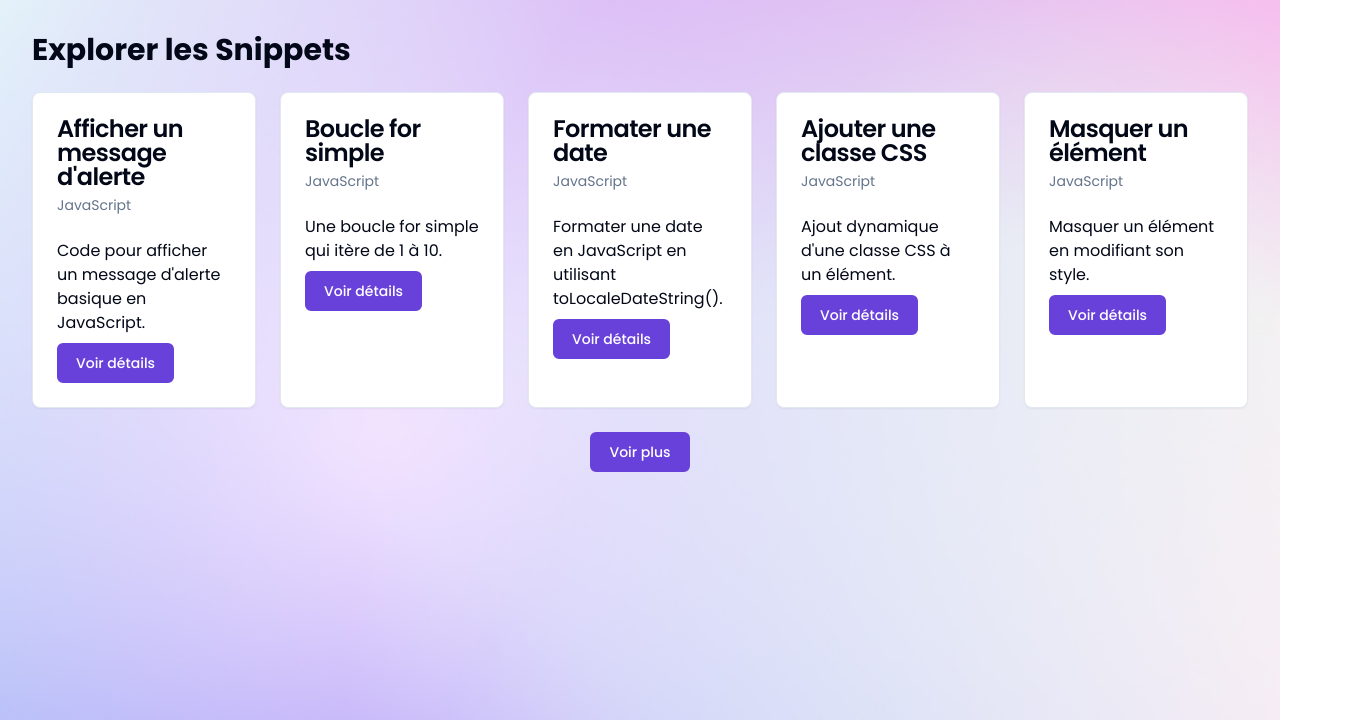
Repository: khadyba/Mediacy
Page: /snippets
An editor plug-in stored every save of this project. The page is shown before and after the next save, followed by the edit.
The browser window is 1280 px wide. The page is 1280 px wide, then 1348 px, then 1280 px, so the pictures cover 1348 px, including what lies to the right of the window. The pictures show the whole page.
The project was rebuilt for these pictures with package versions that can differ from the ones it lists, and the page was loaded fresh each time. The framework's server and built-in components were replaced by stand-ins that run in the browser. Also part of the build but not shown: next.config.mjs.

Above is the page before, as saved 2024-09-22 22:36:33.

After the next save:
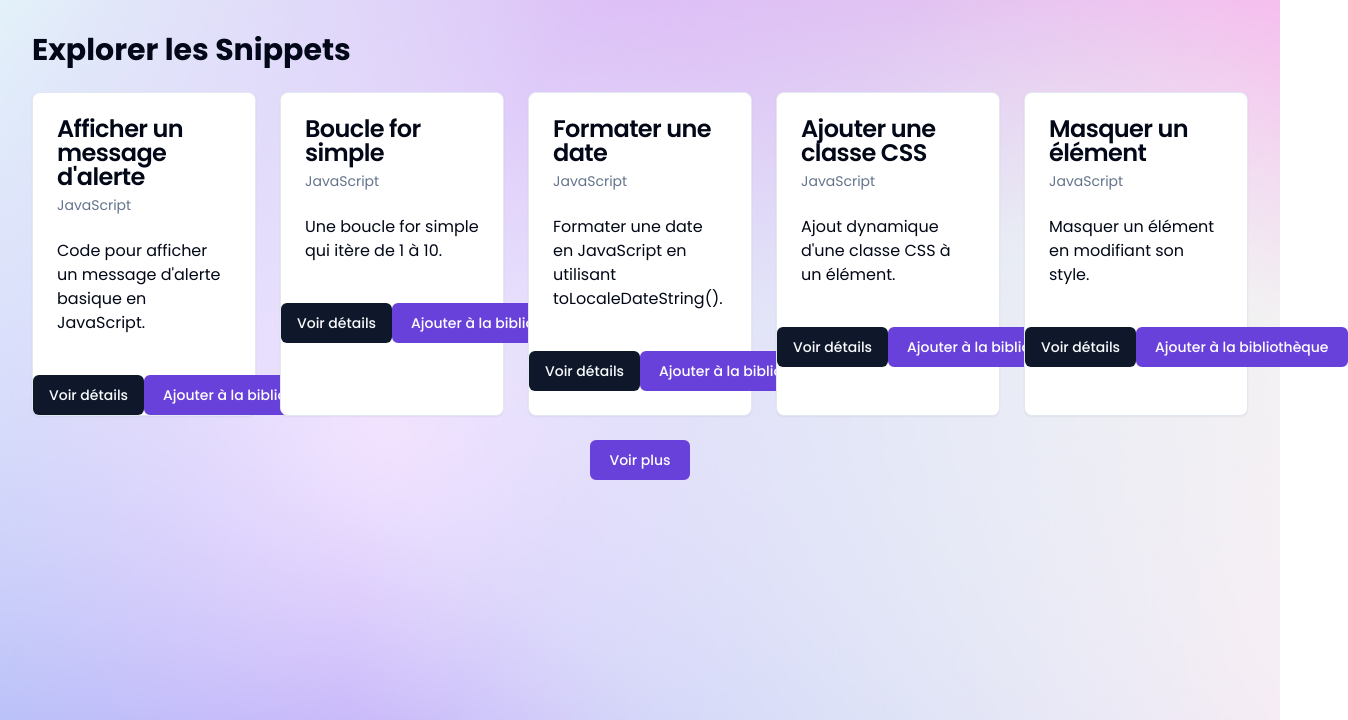
Saved 2 min 34 s later.
--- a/app/_components/CardSnippet.tsx
+++ b/app/_components/CardSnippet.tsx
@@ -42,30 +42,27 @@
       {/* Grille des cartes */}
       <div className="grid grid-cols-1 sm:grid-cols-2 md:grid-cols-3 lg:grid-cols-5 gap-6 max-w-screen-xl">
         {snippets.slice(0, visibleCount).map((snippet) => (
-          <Card key={snippet.id} className="w-full max-w-xs">
-            <CardHeader>
-              <CardTitle>{snippet.titre}</CardTitle>
-              <CardDescription>{snippet.categorie}</CardDescription>
-            </CardHeader>
-            <CardContent>
-              <p>{snippet.description}</p>
-              {/* Bouton pour voir plus de détails */}
-              <Button
-                variant="secondary"
-                className="mt-2"
-                onClick={() => toggleShowCode(snippet.id)}
-              >
-                {showCode === snippet.id ? "Masquer le code" : "Voir détails"}
-              </Button>
+       <Card key={snippet.id}>
+       <CardHeader>
+         <CardTitle>{snippet.titre}</CardTitle>
+         <CardDescription>{snippet.categorie}</CardDescription>
+       </CardHeader>
+       <CardContent>
+         <p>{snippet.description}</p>
+         {showCode === snippet.id && (
+           <pre className="bg-gray-100 p-2 mt-2 rounded-md max-h-40 overflow-auto">
+             {snippet.code}
+           </pre>
+         )}
+       </CardContent>
+       <div className="flex justify-between mt-4">
+         <Button onClick={() => handleShowCode(snippet.id)}>
+           {showCode === snippet.id ? "Masquer" : "Voir détails"}
+         </Button>
+         <Button variant="secondary">Ajouter à la bibliothèque</Button>
+       </div>
+     </Card>
 
-              {/* Affichage du code uniquement si le bouton est cliqué */}
-              {showCode === snippet.id && (
-                <pre className="bg-gray-100 p-2 mt-2 rounded-md max-h-40 overflow-auto">
-                  {snippet.code}
-                </pre>
-              )}
-            </CardContent>
-          </Card>
         ))}
       </div>
 

After the save that followed:
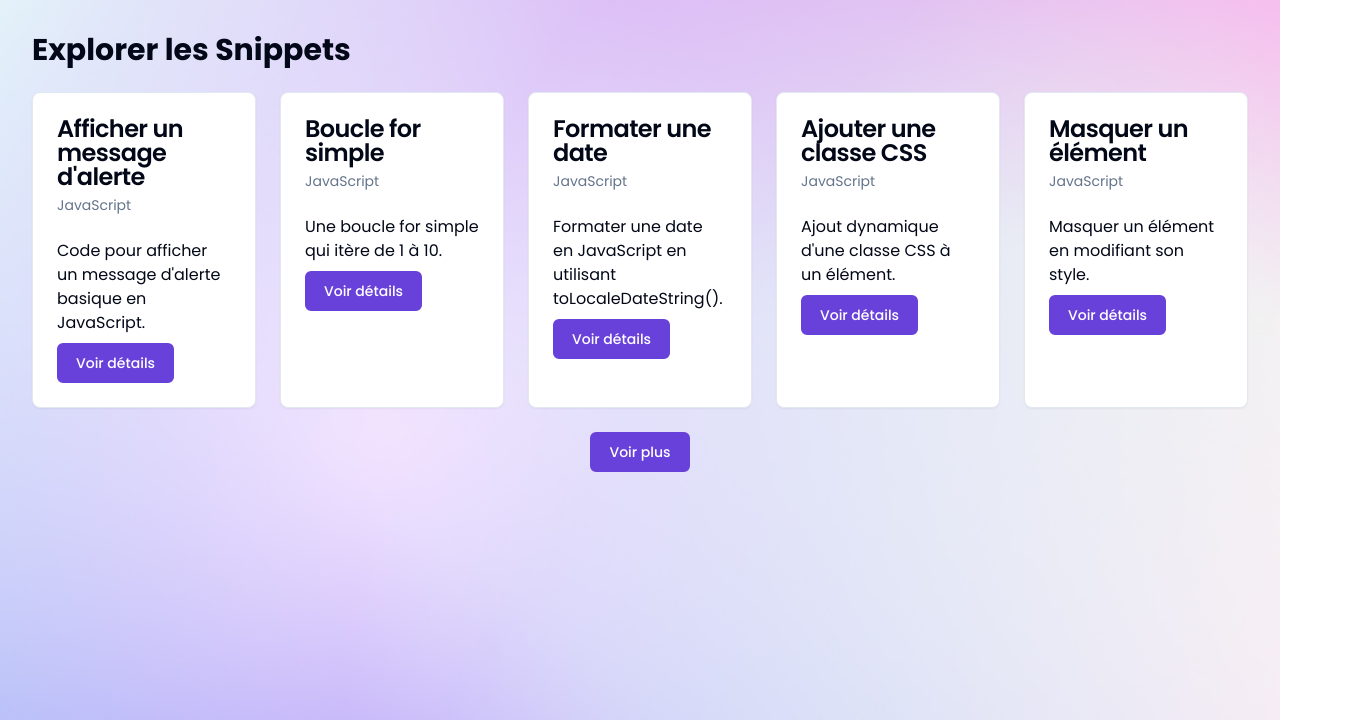
Saved 10 s later.
--- a/app/_components/CardSnippet.tsx
+++ b/app/_components/CardSnippet.tsx
@@ -42,27 +42,30 @@
       {/* Grille des cartes */}
       <div className="grid grid-cols-1 sm:grid-cols-2 md:grid-cols-3 lg:grid-cols-5 gap-6 max-w-screen-xl">
         {snippets.slice(0, visibleCount).map((snippet) => (
-       <Card key={snippet.id}>
-       <CardHeader>
-         <CardTitle>{snippet.titre}</CardTitle>
-         <CardDescription>{snippet.categorie}</CardDescription>
-       </CardHeader>
-       <CardContent>
-         <p>{snippet.description}</p>
-         {showCode === snippet.id && (
-           <pre className="bg-gray-100 p-2 mt-2 rounded-md max-h-40 overflow-auto">
-             {snippet.code}
-           </pre>
-         )}
-       </CardContent>
-       <div className="flex justify-between mt-4">
-         <Button onClick={() => handleShowCode(snippet.id)}>
-           {showCode === snippet.id ? "Masquer" : "Voir détails"}
-         </Button>
-         <Button variant="secondary">Ajouter à la bibliothèque</Button>
-       </div>
-     </Card>
+          <Card key={snippet.id} className="w-full max-w-xs">
+            <CardHeader>
+              <CardTitle>{snippet.titre}</CardTitle>
+              <CardDescription>{snippet.categorie}</CardDescription>
+            </CardHeader>
+            <CardContent>
+              <p>{snippet.description}</p>
+              {/* Bouton pour voir plus de détails */}
+              <Button
+                variant="secondary"
+                className="mt-2"
+                onClick={() => toggleShowCode(snippet.id)}
+              >
+                {showCode === snippet.id ? "Masquer le code" : "Voir détails"}
+              </Button>
 
+              {/* Affichage du code uniquement si le bouton est cliqué */}
+              {showCode === snippet.id && (
+                <pre className="bg-gray-100 p-2 mt-2 rounded-md max-h-40 overflow-auto">
+                  {snippet.code}
+                </pre>
+              )}
+            </CardContent>
+          </Card>
         ))}
       </div>
 
